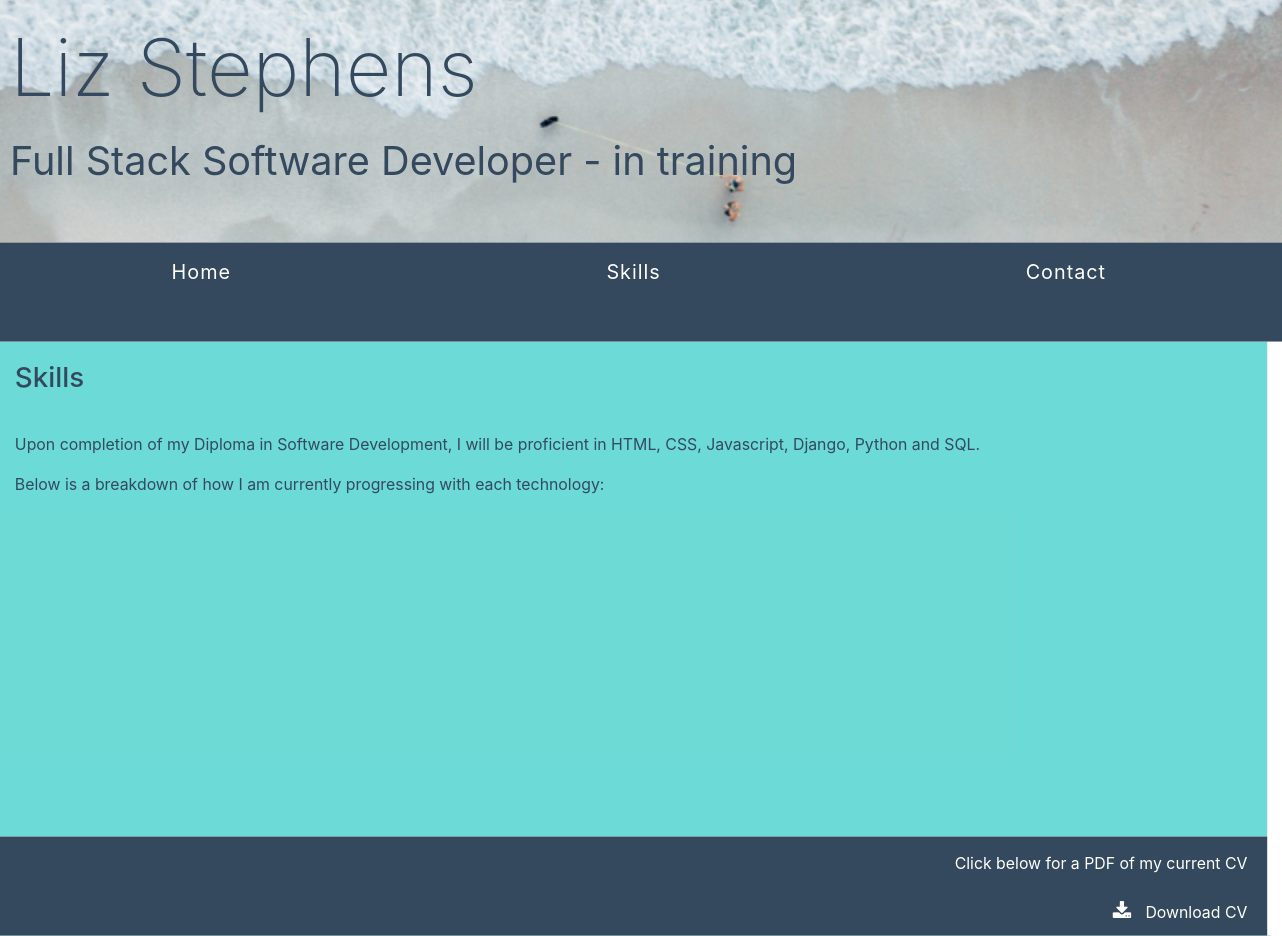
Repository: Liz94688/portfolio-site
Page: skills.html
The author's editor kept a record of every edit. The page is drawn from the files as they stood at one moment, then again after the next edit.
The browser window is 1280 px wide. The page is 1295 px wide, so the pictures cover 1295 px, including what lies to the right of the window. The pictures show the whole page, at 99% of full size.

Above is the page before.

### skills.html
<!DOCTYPE html>
<html lang="en">

<head>
    <meta charset="UTF-8">
    <meta name="viewport" content="width=device-width, initial-scale=1.0">
    <meta http-equiv="X-UA-Compatible" content="ie=edge">
    <link rel="stylesheet" href="https://stackpath.bootstrapcdn.com/bootstrap/4.3.1/css/bootstrap.min.css" type="text/css" />
    <link rel="stylesheet" href="https://stackpath.bootstrapcdn.com/font-awesome/4.7.0/css/font-awesome.min.css" type="text/css" />
    <link rel="stylesheet" href="assets/css/style.css" type="text/css" />
    <title>Liz Stephens Portfolio - Full Stack Web Developer</title>
</head>

<body>
    <header>
        <div class="row header-image">
            <div class="col">
                <h1 class="header-name">Liz Stephens</h1>
                <h2 class="header-title">Full Stack Software Developer - in training</h2>
            </div>
        </div>
        <div class="row header-nav">
            <div class="col">
                <ul id="nav" class="list-inline header-nav-container">
                    <li class="col-sm-4 header-nav-color-home header-nav-item list-inline-item">
                        <a href="#"><span>Home</span></a>
                    </li>
                    <li class="col-sm-4 header-nav-color-skills header-nav-item list-inline-item">
                        <a href="#"><span>Skills</span></a>
                    </li>
                    <li class="col-sm-4 header-nav-color-contact header-nav-item list-inline-item">
                        <a href="#"><span>Contact</span></a>
                    </li>
                </ul>
            </div>
        </div>
        </div>
    </header>

    <section id="skills" class="container-fluid skills-container">
        <div class="row">
            <div class="col-12 skills-title">
                <h3>
                    Skills
                </h3>
            </div>
            <div class="col-12 skills-prediction">
                <p>Upon completion of my Diploma in Software Development, I will be proficient in HTML, CSS, Javascript, Django, Python and SQL.</p>
                <p class="skills-progression ">Below is a breakdown of how I am currently progressing with each technology:</p>
            </div>


                <div class="row progress-bars">
                    <div class="col-12 col-md-6">
                        <div class="progress">
                            <div class="progress-bar-animated progress-bar-striped bg-info" role="progressbar" style="width: 70%" aria-valuenow="70" aria-valuemin="0" aria-valuemax="100">
                                <span class="sr-only ">70% complete</span>
                            </div>
                            <span class="progress-type ">HTML</span>
                        </div>
                        <div class="progress ">
                            <div class="progress-bar-animated progress-bar-striped bg-info " role="progressbar " style="width: 70% " aria-valuenow="70 " aria-valuemin="0 " aria-valuemax="100 ">
                                <span class="sr-only ">70% complete</span>
                            </div>
                            <span class="progress-type ">CSS</span>
                        </div>
                        <div class="progress ">
                            <div class="progress-bar-animated progress-bar-striped bg-info " role="progressbar " style="width: 20% " aria-valuenow="20 " aria-valuemin="0 " aria-valuemax="100 ">
                                <span class="sr-only ">20% complete</span>
                            </div>
                            <span class="progress-type ">JavaScript</span>
                        </div>
                    </div>
                    <div class="col-12 col-md-6 ">
                        <div class="progress ">
                            <div class="progress-bar-animated progress-bar-striped bg-info " role="progressbar " style="width: 0% " aria-valuenow="0 " aria-valuemin="0 " aria-valuemax="100 ">
                                <span class="sr-only ">0% complete</span>
                            </div>
                            <span class="progress-type ">Django</span>
                        </div>
                        <div class="progress ">
                            <div class="progress-bar-animated progress-bar-striped bg-info " role="progressbar " style="width: 0% " aria-valuenow="0 " aria-valuemin="0 " aria-valuemax="100 ">
                                <span class="sr-only ">0% complete</span>
                            </div>
                            <span class="progress-type ">Python</span>
                        </div>
                        <div class="progress ">
                            <div class="progress-bar-animated progress-bar-striped bg-info " role="progressbar " style="width: 0% " aria-valuenow="0 " aria-valuemin="0 " aria-valuemax="100 ">
                                <span class="sr-only ">0% complete</span>
                            </div>
                            <span class="progress-type ">SQL</span>
                        </div>
                    </div>
                </div>
            </div>
        </div>
    </section>

    <footer class="container-fluid">
        <div class="row footer-nav">
            <div class="col footer-nav-item">
                <p>Click below for a PDF of my current CV</p>
                <a href="./assets/Liz_CV.pdf" target="_blank"><i class="fa fa-download" aria-hidden="true"></i><span> Download CV </span></a>
            </div>
        </div>
    </footer>
</body>

</html>

### assets/css/style.css
@import url('https://fonts.googleapis.com/css?family=Montserrat&display=swap:100,200,300,400,500,600,700');

/*------------------------------Header*/

header {
    margin: 0;
    padding: 0;
}

.header-image {
    background-image: url('../images/welcome-view.jpg');
    background-position: center;
    background-repeat: no-repeat;
    background-size: cover;
    min-height: 240px;
    transition: all .5s ease-in-out;
    -moz-transition: all .5s ease-in-out;
    -webkit-transition: all .5s ease-in-out;
}

.header-name {
    font-weight: 200;
    font-size: 80px;
    color: #34495E;
    padding-top: 20px;
    padding-left: 25px;
}

.header-title {
    font-weight: 400;
    font-size: 40px;
    color: #34495E;
    padding-top: 15px;
    padding-bottom: 50px;
    padding-left: 25px;
}

/*------------------------------Header-Nav*/

.col {
    padding: 0;
}

li a {
    color: #fff;
    padding: 0;
    text-decoration: none;
}

.row {
    padding-bottom: 0;
}


.list-inline-item:not(:last-child) {
    margin: 0;
}

.header-nav-container {
    font-size: 0;
}

.col ul {
    margin-bottom: 0;
}

#nav li {
    padding: 0;
}

.header-nav-item {
    height: 100px;
    text-align: center;
}

.header-nav-item a {
    width: 100%;
    text-decoration: none;
    color: #fff;
}

.header-nav-item span {
    display: block;
    padding-top: 15px;
    font-size: 20px;
    letter-spacing: 1px;
}

/*------------------------------Navbar Colours/Background Colours*/

ul {
    background-color: #34495E;
}

.header-nav-color-home:hover {
    background-color: #4682B4;
}

.header-nav-color-skills:hover {
    background-color: #48D1CC;
}

.header-nav-color-contact:hover {
    background-color: #D98880;
}

.header-nav-color-home.active {
    background-color: #4682B4;
}

.header-nav-color-skills.active {
    background-color: #48D1CC;
}

.header-nav-color-contact.active {
    background-color: #D98880;
}

.home-bg-color {
    background-color: #4682B4;
}

/*------------------------------So far...*/

section {
    margin: 0;
    padding: 0;
}

.about-container {
    min-height: 500px;
    background-color: rgba(70, 130, 180, 0.8);
    color: #34495E;
    padding-bottom: 20px;
}

.so-far-title {
    padding-top: 20px;
    margin-bottom: 30px;
}

.so-far-title h3 {
    margin: 0;
}

.so-far-paragraph p {
    margin-bottom: 15px;
}

/*------------------------------Timeline*/

.timeline {
    position: relative;
    margin: 0 auto;
}

.timeline::after {
    content: '';
    position: absolute;
    width: 6px;
    background-color: #fff;
    top: 0;
    bottom: 0;
    left: 50%;
    margin-left: -2px;
}

.container {
    padding: 10px 20px;
    position: relative;
    background-color: #34495E;
    width: 50%;
    color: #fff;
    margin-left: 0;
}

.left {
    left: 0;
}

.right {
    left: 50%;
}

/*------------------------------Skills*/

.skills-container {
    margin: 0;
    min-height: 500px;
    background-color: rgba(72, 209, 204, 0.8);
    color: #34495E;
    padding-bottom: 20px;
}

.skills-title {
    padding-top: 20px;
    margin-bottom: 30px;
}

.skills-progression {
    margin-bottom: 30px;
}

.progress {
    height: 35px;
    margin-bottom: 15px;
    position: relative;
}

.progress-type {
    position: absolute;
    color: #283747;
    left: 0px;
    padding: 2px 30px 2px 5px;
}

/*------------------------------Contact Info*/

.contact-container {
    padding: 0;
    margin: 0;
    min-height: 500px;
    background-color: rgba(217, 136, 128, 0.8);
    color: #34495E;
    padding-bottom: 20px;
}

.contact-info {
    padding-top: 15px;
    margin-bottom: 20px;
}

.contact-details-title {
    margin-bottom: 20px;
}

.contact-details-itemised .key,
.contact-details-itemised .value {
    display: inline-block;
    padding-right: 10px;
}

.contact-details-itemised .key p,
.contact-details-itemised .value p {
    margin: 0
    ;
}

.contact-details-itemised .key {
    width: 30%;
}

.contact-details-itemised .value {
    position: relative;
    width: 60%;
}


/*------------------------------Contact Form*/

.contact-form {
    padding-top: 15px;
}

.contact-groups {
    padding: 0;
}

form {
    margin: 5px;
}

/*------------------------------Footer*/

footer {
    min-height: 100px;
    margin: 0;
    padding: 0;
}

.footer-nav {
    background-color: #34495E;
}

.footer-nav-item {
    height: 100px;
    text-align: right;
    padding: 15px 20px;
    color: #fff;
}

.footer-nav-item a {
    text-decoration: none;
    color: #fff;
}

.footer-nav-item a i {
    font-size: 20px;
    padding: 10px;
}


/*------------------------------IGNORE - TO DELETE*/

After the next edit:
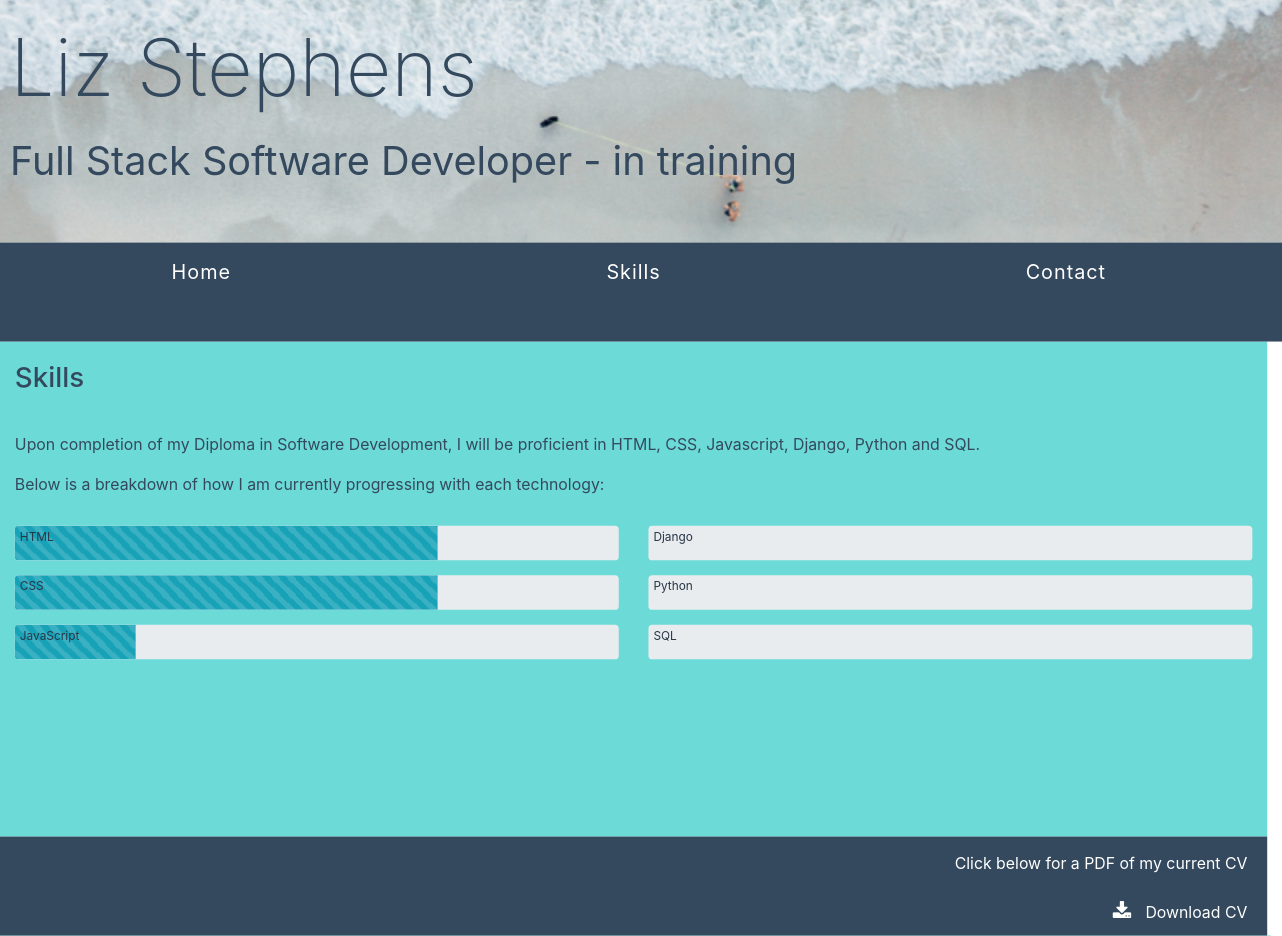
The edit:
--- a/skills.html
+++ b/skills.html
@@ -48,51 +48,48 @@
                 <p>Upon completion of my Diploma in Software Development, I will be proficient in HTML, CSS, Javascript, Django, Python and SQL.</p>
                 <p class="skills-progression ">Below is a breakdown of how I am currently progressing with each technology:</p>
             </div>
-
-
-                <div class="row progress-bars">
-                    <div class="col-12 col-md-6">
-                        <div class="progress">
-                            <div class="progress-bar-animated progress-bar-striped bg-info" role="progressbar" style="width: 70%" aria-valuenow="70" aria-valuemin="0" aria-valuemax="100">
-                                <span class="sr-only ">70% complete</span>
-                            </div>
-                            <span class="progress-type ">HTML</span>
-                        </div>
-                        <div class="progress ">
-                            <div class="progress-bar-animated progress-bar-striped bg-info " role="progressbar " style="width: 70% " aria-valuenow="70 " aria-valuemin="0 " aria-valuemax="100 ">
-                                <span class="sr-only ">70% complete</span>
-                            </div>
-                            <span class="progress-type ">CSS</span>
-                        </div>
-                        <div class="progress ">
-                            <div class="progress-bar-animated progress-bar-striped bg-info " role="progressbar " style="width: 20% " aria-valuenow="20 " aria-valuemin="0 " aria-valuemax="100 ">
-                                <span class="sr-only ">20% complete</span>
-                            </div>
-                            <span class="progress-type ">JavaScript</span>
-                        </div>
+            <div class="col-12 col-md-6 progress-bars">
+                <div class="progress">
+                    <div class="progress-bar-animated progress-bar-striped bg-info" role="progressbar" style="width: 70%" aria-valuenow="70" aria-valuemin="0" aria-valuemax="100">
+                        <span class="sr-only ">70% complete</span>
                     </div>
-                    <div class="col-12 col-md-6 ">
-                        <div class="progress ">
-                            <div class="progress-bar-animated progress-bar-striped bg-info " role="progressbar " style="width: 0% " aria-valuenow="0 " aria-valuemin="0 " aria-valuemax="100 ">
-                                <span class="sr-only ">0% complete</span>
-                            </div>
-                            <span class="progress-type ">Django</span>
-                        </div>
-                        <div class="progress ">
-                            <div class="progress-bar-animated progress-bar-striped bg-info " role="progressbar " style="width: 0% " aria-valuenow="0 " aria-valuemin="0 " aria-valuemax="100 ">
-                                <span class="sr-only ">0% complete</span>
-                            </div>
-                            <span class="progress-type ">Python</span>
-                        </div>
-                        <div class="progress ">
-                            <div class="progress-bar-animated progress-bar-striped bg-info " role="progressbar " style="width: 0% " aria-valuenow="0 " aria-valuemin="0 " aria-valuemax="100 ">
-                                <span class="sr-only ">0% complete</span>
-                            </div>
-                            <span class="progress-type ">SQL</span>
-                        </div>
+                    <span class="progress-type ">HTML</span>
+                </div>
+                <div class="progress ">
+                    <div class="progress-bar-animated progress-bar-striped bg-info " role="progressbar " style="width: 70% " aria-valuenow="70 " aria-valuemin="0 " aria-valuemax="100 ">
+                        <span class="sr-only ">70% complete</span>
                     </div>
+                    <span class="progress-type ">CSS</span>
+                </div>
+                <div class="progress ">
+                    <div class="progress-bar-animated progress-bar-striped bg-info " role="progressbar " style="width: 20% " aria-valuenow="20 " aria-valuemin="0 " aria-valuemax="100 ">
+                        <span class="sr-only ">20% complete</span>
+                    </div>
+                    <span class="progress-type ">JavaScript</span>
                 </div>
             </div>
+            <div class="col-12 col-md-6 ">
+                <div class="progress ">
+                    <div class="progress-bar-animated progress-bar-striped bg-info " role="progressbar " style="width: 0% " aria-valuenow="0 " aria-valuemin="0 " aria-valuemax="100 ">
+                        <span class="sr-only ">0% complete</span>
+                    </div>
+                    <span class="progress-type ">Django</span>
+                </div>
+                <div class="progress ">
+                    <div class="progress-bar-animated progress-bar-striped bg-info " role="progressbar " style="width: 0% " aria-valuenow="0 " aria-valuemin="0 " aria-valuemax="100 ">
+                        <span class="sr-only ">0% complete</span>
+                    </div>
+                    <span class="progress-type ">Python</span>
+                </div>
+                <div class="progress ">
+                    <div class="progress-bar-animated progress-bar-striped bg-info " role="progressbar " style="width: 0% " aria-valuenow="0 " aria-valuemin="0 " aria-valuemax="100 ">
+                        <span class="sr-only ">0% complete</span>
+                    </div>
+                    <span class="progress-type ">SQL</span>
+                </div>
+            </div>
+        </div>
+        </div>
         </div>
     </section>
 
